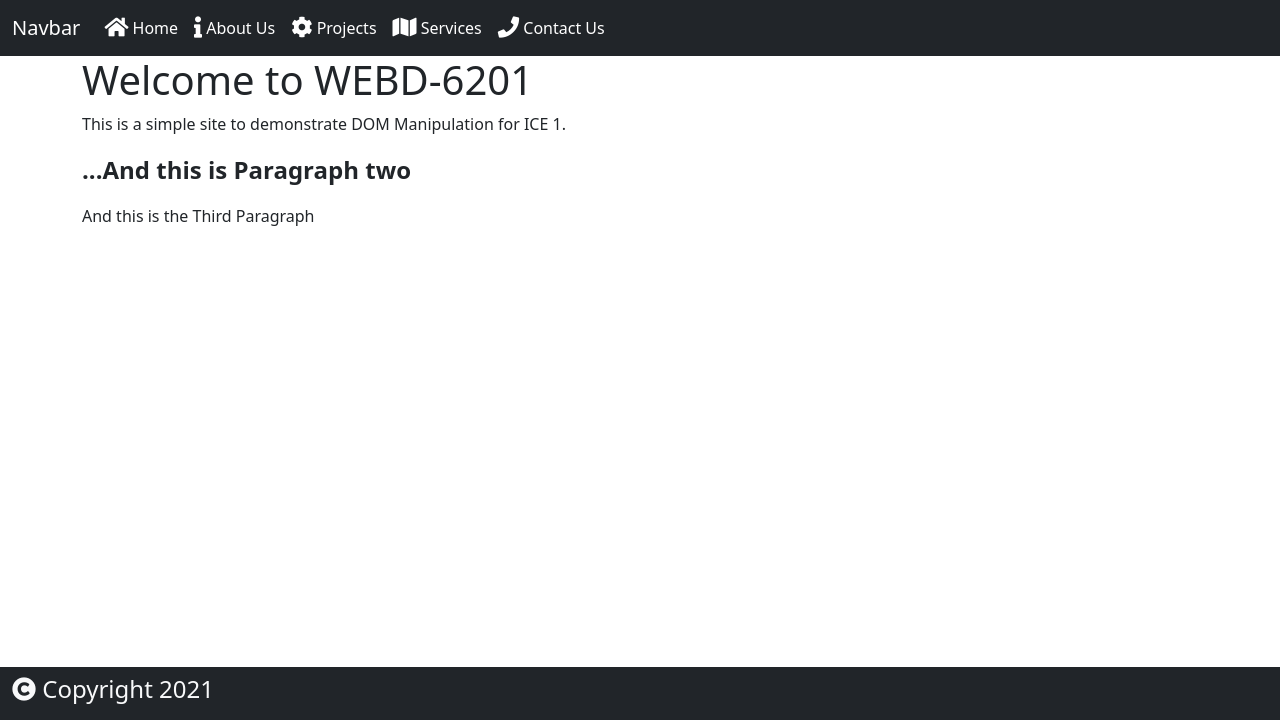
Repository: CKM206/WEBD6201-W2021---ICE1
Page: index.html
An editor plug-in stored every save of this project. The page is shown before and after the next save, followed by the edit.
The browser window is 1280 px wide. The pictures show the whole page.

Above is the page before, as saved 2021-01-21 08:29:57.

After the next save:
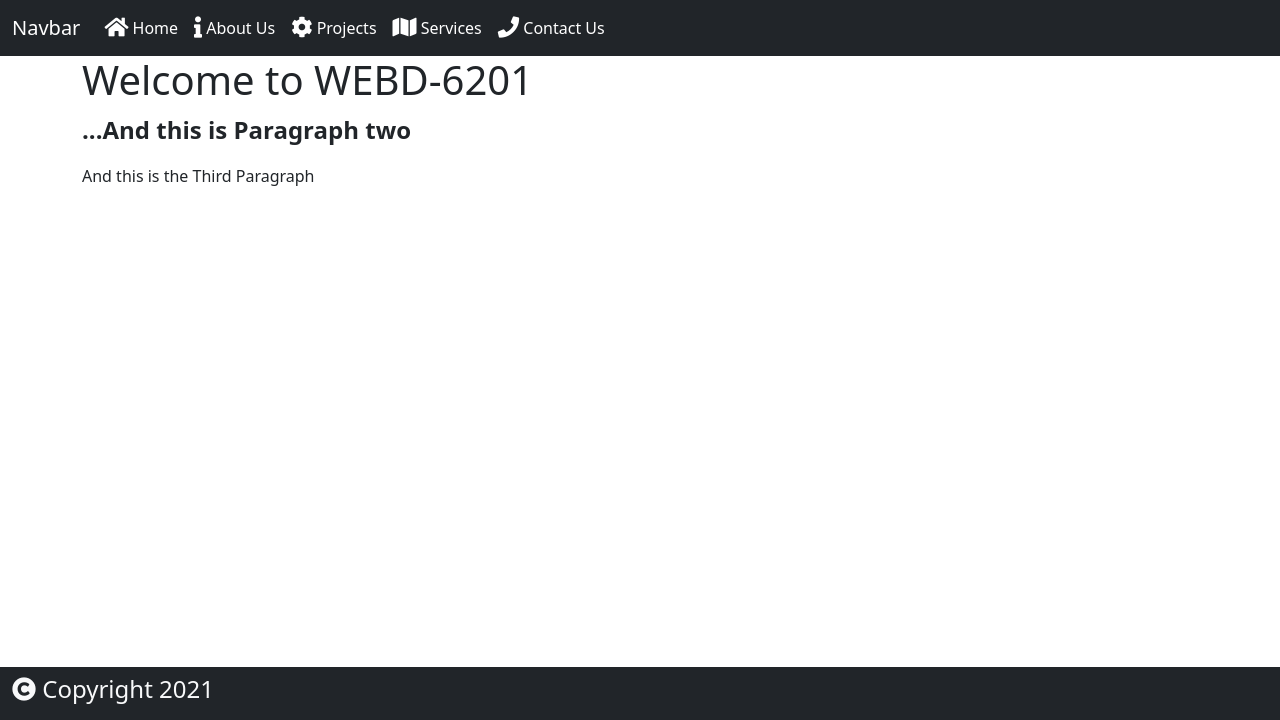
Saved 98 s later.
--- a/Scripts/app.js
+++ b/Scripts/app.js
@@ -70,6 +70,12 @@
 
        // deletions
 
+       //-Removing a single element
+       //paragraphOneElement.remove();
+
+       //-Removing a child element
+       mainContent.removeChild(paragraphOneElement);
+
 
     }
 
